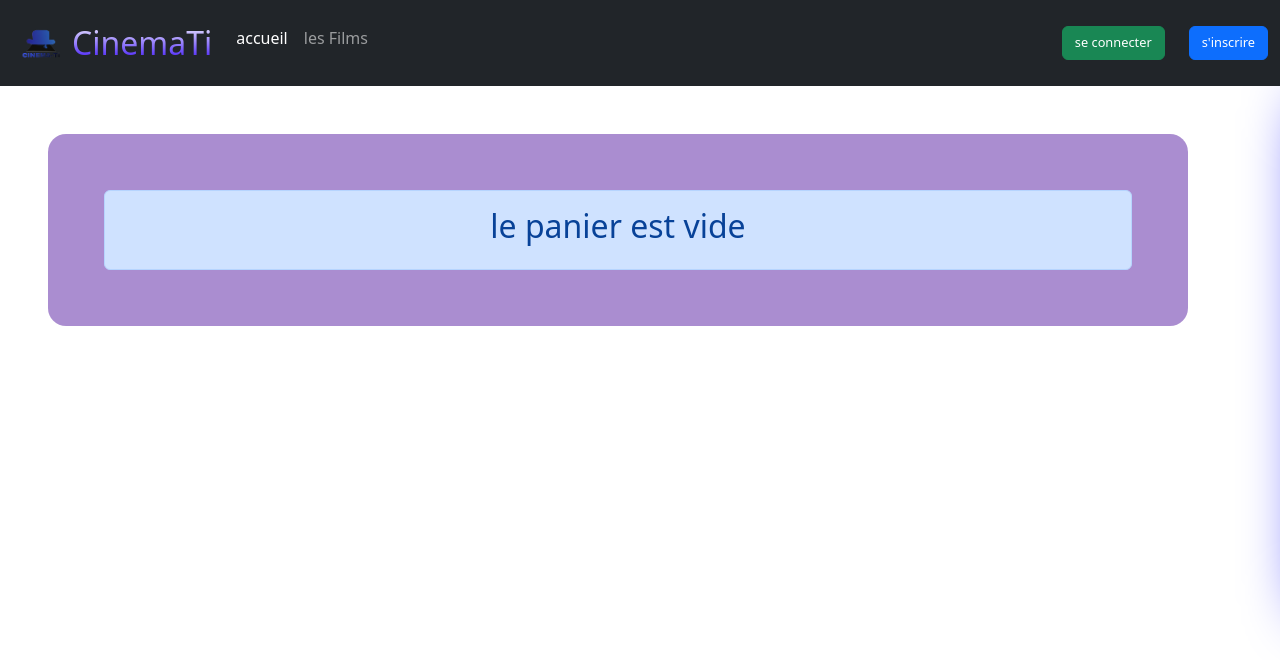
Repository: ahmed-rabah/cinemaMiniProject
Page: http://localhost/finaliserCommande.php
An editor plug-in stored every save of this project. The page is shown before and after the next save, followed by the edit.
The browser window is 1280 px wide. The pictures show the whole page.
The page is run by PHP 8.4 with error messages shown; the project is at /var/www/html/. Other server files are loaded and not shown.

Above is the page before, as saved 2023-01-12 21:13:47.

### finaliserCommande.php
<?php
 session_start();
 $isEmptyCart = empty($_SESSION['panier']);
?>
<!DOCTYPE html>
<html lang="en">
<head>
    <meta charset="UTF-8">
    <meta http-equiv="X-UA-Compatible" content="IE=edge">
    <meta name="viewport" content="width=device-width, initial-scale=1.0">
    <link rel="stylesheet" href="node_modules/bootstrap/dist/css/bootstrap.min.css">
    <link rel="stylesheet" href="./css/style.css">
    <link rel="stylesheet" href="https://unicons.iconscout.com/release/v4.0.0/css/line.css">
    <link rel="icon" href="./logoCinema.png">
    <title>CinemaTi</title>
</head>
<body>

        <?php include './header.php'; ?>

    <main class="container" id="container">
        <?php if(!$isEmptyCart){ ?>
        <section class="" id="cartContainer"></section>
        <div class="alert alert-primary m-2 text-center" role="alert">
            <h2>prix total <span class="badge bg-success" id="totalPrice">200</span> DH</h2>
        </div>
        <form action="./functions/finaliserCommande.php" method="post" class=" rounded bg-light mt-1 mx-2 py-2 px-5">
            <h3 class="pb-0 mb-0">finaliser la commande</h3>
            <div class="d-flex justify-content-around align-items-center mb-3 ">

                <div class="form-group">
                    <label for="cardNumber" class="form-label mt-4">numero de carte bancaire</label>
                    <input type="text" class="form-control" id="cardNumber" aria-describedby="numberMsg" placeholder="Enter numero de carte bancaire">
                </div>
                <div class="form-group">
                    <label for="cardType" class="form-label mt-4">Example select</label>
                    <select class="form-select" id="cardType">
                        <?php
                        $cardTypes = ['Visa','Mastercard','American Express','Discover','Diners Club','JCB','UnionPay','Maestro'];
                        foreach ($cardTypes as $cardType) {
                           echo '<option value="'.$cardType.'">'.$cardType.'</option>';
                        }
                        ?>
                    </select>
                </div>
                <div class="form-group pt-5"><button type="submit" class="btn btn-success text-white"><strong>acheter</strong></button></div>
            </div>
        </form>
    <?php }else{
        echo '<div class="alert alert-primary m-2 text-center" role="alert">
        <h2>le panier est vide</h2>
    </div>';
    } ?>
    </main>

    <div class="absoluteCart m-2 p-1"></div>

    <script src="node_modules/jquery/dist/jquery.slim.min.js"></script>
    <script src="node_modules/bootstrap/dist/js/bootstrap.bundle.min.js"></script>
    <script src="./javascript/cart.js"></script>
</body>
</html>

### header.php
<?php
    require_once './functions/database.php';

    function getAllgenres($pdo){
      $req = $pdo->query('SELECT * from genre');
      $rows = $req->fetchAll(PDO::FETCH_ASSOC);
      foreach ($rows as $row) {
        $genres[] = $row ;
      }

      return $genres;
    }
?>
<header  class=" sticky-top">

  <nav class="navbar navbar-expand-lg navbar-dark bg-dark">

    <div class="container-fluid">
      <a class="navbar-brand d-flex cine-name" href="./index.php">
        <img src="./logoCinema.png" width="60" height="60" class="d-inline-block align-top rounded-circle" alt="">
        <h2 class="mt-2 gradiant-bg">CinemaTi</h2>
      </a>
      <button class="navbar-toggler" type="button" data-bs-toggle="collapse" data-bs-target="#navbarColor01" aria-controls="navbarColor01" aria-expanded="false" aria-label="Toggle navigation">
        <span class="navbar-toggler-icon"></span>
      </button>
      <div class="collapse navbar-collapse justify-content-between" id="navbarColor01">
        <ul class="navbar-nav">
          <li class="nav-item">
            <a class="nav-link active" href="./index.php" id="accueil"><h6>accueil</h6>
            <span class="visually-hidden">(current)</span>
          </a>
        </li>
        <li class="nav-item">
          <a class="nav-link" href="./movies.php"  id="movies"><h6>les Films</h6></a>
        </li>
        <!--     <li class="nav-item">
          <a class="nav-link" href="./movies.php" ><h6>les salles de projection</h6></a>
        </li>
        <li class="nav-item">
          <a class="nav-link" href="./contact.php"><h6>Contact</h6></a>
        </li> -->
      </ul>
      <?php
      if(!isset($_SESSION['user_id'])){
        ?>

<ul class="nav navbar" id="non-connected">
  <li><a href="./signIn.php" class="btn btn-success me-2 font-size">se connecter</a></li>
  <li><a href="./signup.php" class="btn btn-primary ms-3 font-size">s'inscrire</a></li>
</ul>
<?php }
if(isset($_SESSION['user_id'])){ ?>
    <ul class="nav navbar" id="connected">
      <li><button class="btn btn-light me-2" id="panier"><span class="font-size"><i class="uil uil-shopping-cart-alt ">panier d'achat</i></span></button></li>
      <li><a href="./dashboard.php" class="btn btn-primary ms-3 "><span class="font-size"><i class="uil uil-user-circle"></i>votre compte</span></a></li>
      <li><a href="./logout.php" class="btn btn-danger ms-3 "><span class="font-size"><i class="uil uil-signout"></i>deconnexion</span></a></li>
    </ul>
    <?php } ?>
  </div>
</div>
</nav>
</header>

### functions/database.php
<?php
try {
    $database="moviedb";
    $user="root";
    $password="";
    $pdo = new PDO("mysql:host=localhost;dbname=$database",$user,$password);
    // echo "Success: Connected to the database.";
  } catch(PDOException $e) {
    die("Error: Could not connect to the database.");
  }

### css/style.css

::-webkit-scrollbar{
    width : 1rem;
}
::-webkit-scrollbar-track{
    background-color: black;
}
::-webkit-scrollbar-thumb{
    background-color: #2d00f7a1;
    border-radius: 100vw;
}
::-webkit-scrollbar-thumb:hover{
    background-color:white;
}

html{
    scroll-behavior: smooth;
}


.centered{
    position: absolute;
    top: 50%;
    left: 50%;
    transform: translate(-50%, -50%);

}
/* .centered-2{
    position: absolute;
    margin-top: 20em;
    top: 50%;
    left: 50%;
    transform: translate(-50%, -50%);
} */
.logo-picture{
    width: 100px; height :100px;
}
/*
.cine-name{
    background-image : linear-gradient(to top,#89f90a 20% , #02fa54 100%) ;
    border-radius : 10px;
    padding-right: 4px;
} */
.font-size{
    font-size: 0.8em;
}
/* .account{
    font-size: 1.2em
} */
.gradiant-bg{
    background-color: #5577ff;
    background-image : linear-gradient(to top,#2d00f7 0% , #ffffff 100%) ;
    background-clip: text;
    -webkit-background-clip: text;
    -moz-background-clip: text;
    -webkit-text-fill-color: transparent;
    -moz-text-fill-color: transparent;
    background-size: 100%;
    display : flex  ;
    align-items: center ;
    cursor : pointer ;
    text-decoration: none;
}

.grid{
    display: grid;
    grid-template-columns:auto auto auto ;
}

.absolute-alert{
    background-color: rgba(255,255,255,0.5);
    width: 100vw;
    height: 100vh;
    position: fixed ;
    top: 0;
    left: 0;
    z-index: 100 ;
    text-align :center;
    display :grid ;
    place-items: center ;

}
.absoluteCart{
    position: fixed;
    top: 6em;
    right: 0;
    width: 400px;
    height: 70%;
    background: #3d5f89;
    border-radius: 12px;
    box-shadow: 0 0 4em blue;
    display: grid;
    grid-template-columns: auto;
    justify-content: center;
    transition: all 0.3s linear ;
    transform: translate(110%);
    overflow-y: auto;
    }
    .show-cart {
    transform: translate(0);
    }
    .finaliserBtn{
        position: sticky;
        top: 0;
        z-index: 100;
        margin-bottom: 1em;
        height: 50px;
    }
    .inner-grid{
        display: grid ;
    grid-template-columns:30% 70% ;
    border-bottom:  1px solid black ;
    margin: 0.4em 0;
    }
    .grid{
        display: grid ;
    grid-template-columns:30% 70% ;
    }
    @media screen and (max-width:1048px) {
        .grid{
        display: grid ;
    grid-template-columns:20% 80% ;
    }
}

#cartContainer{
    display : grid;
    grid-template-columns: 1fr 1fr;
    gap: 1em;
}
.container{
    margin: 3em;
    padding: 3em;
    background-color : #46089875 ;
    border-radius: 18px;

}
@media screen and (max-width:700px) {
    #cartContainer{
    grid-template-columns:auto ;
    }

}

### javascript/cart.js
let panierBtn = document.getElementById('panier');
let deleteProductBtn = document.getElementById('deleteproduct');
let updateProductBtn = document.getElementById('updateproduct');
let addProductBtn =  document.getElementById('addProduct');

let addBtns = document.querySelectorAll('.addToCart');
console.log("begin");
addBtns.forEach(addBtn=>{
let programmeID  = addBtn.dataSet.programmeID;

console.log(programmeID);

});
console.log("ends");


/*
panierBtn.addEventListener('click',()=>{

    getUserPanier(1).then(panier=>{
        panier.forEach(produit => {
            console.log(produit);
        });
    })

});

addProductBtn.addEventListener('click',()=>{
    addProduct(programme).then(response=>{
        console.log(response);
    })
});

deleteProductBtn.addEventListener('click',()=>{
    deleteproductFromCart(programme).then(response=>{
        console.log(response);
    })
});

updateProductBtn.addEventListener('click',()=>{
    let product =  document.getElementById('product').value;
    updateproductCart(product,nbr).then(response=>{
        console.log(response);
    })
});


async function deleteproductFromCart(product){
    let request = await fetch("./functions/deleteUserProduct.php?idProgramme="+product);
    let response = await request.json();
    return response;
}
async function updateproductCart(product,status){
    let request = await fetch("./functions/updateUserProduct.php?idProgramme="+product+"&status="+status);
    let response = await request.json();
    return response;
}
async function getUserPanier(){
    let request = await fetch('./functions/panier.php');
    let response = await request.json();
    return response;
}

async function addProduct(programme){
    let request = await fetch('./functions/addproduct.php?idProgramme='+programme);
    let response = await request.json();
    return response;
}

*/

After the next save:
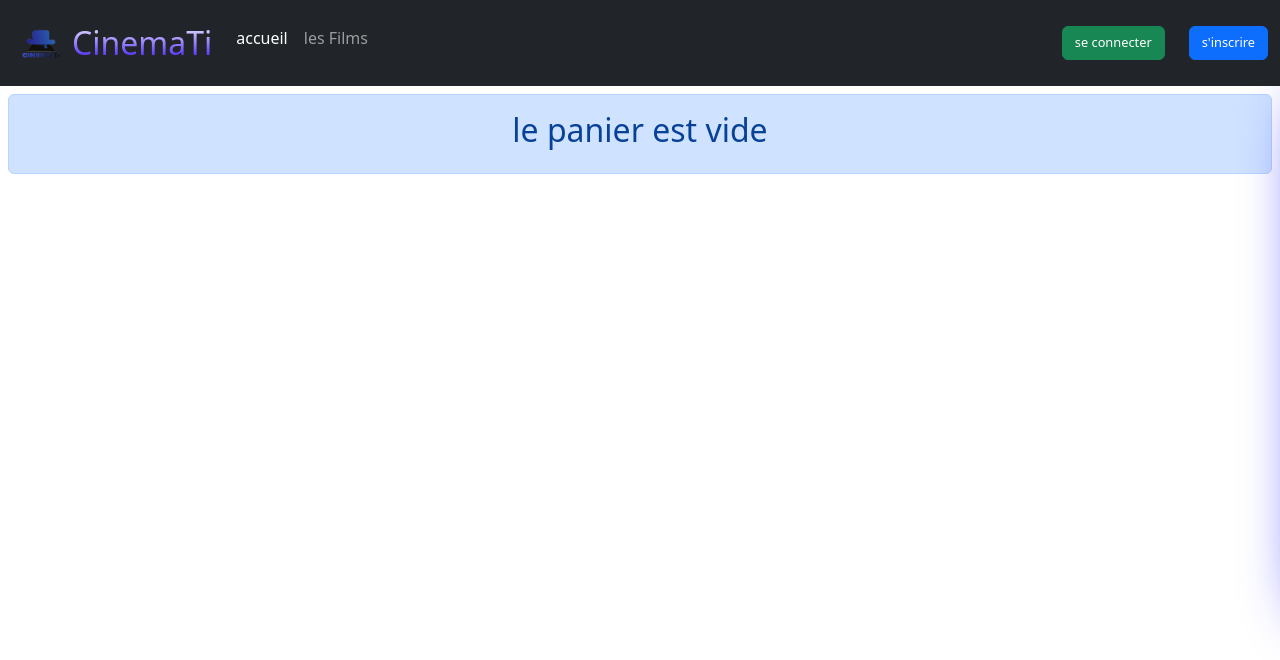
Saved 2 min 0 s later.
--- a/finaliserCommande.php
+++ b/finaliserCommande.php
@@ -18,8 +18,8 @@
 
         <?php include './header.php'; ?>
 
+        <?php if(!$isEmptyCart){ ?>
     <main class="container" id="container">
-        <?php if(!$isEmptyCart){ ?>
         <section class="" id="cartContainer"></section>
         <div class="alert alert-primary m-2 text-center" role="alert">
             <h2>prix total <span class="badge bg-success" id="totalPrice">200</span> DH</h2>
